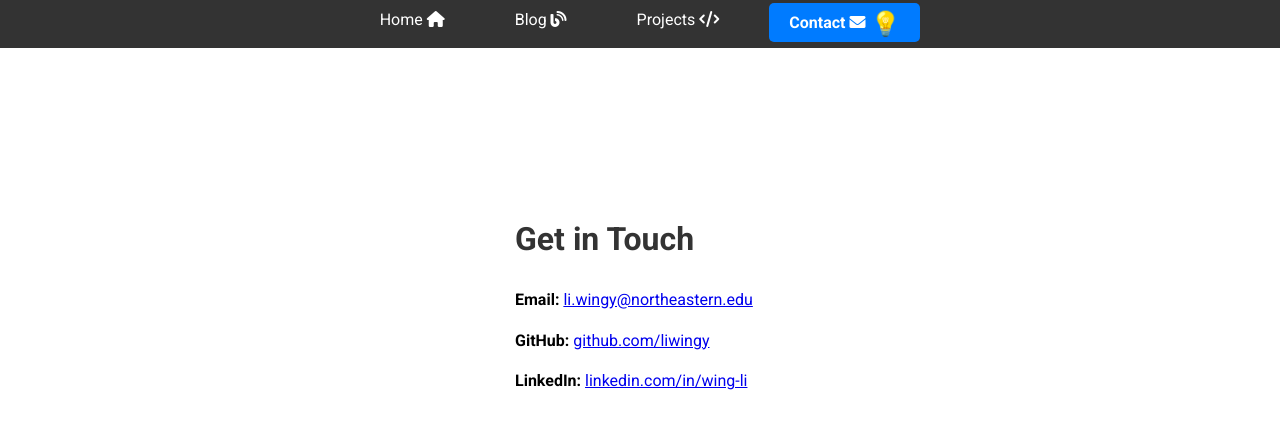
Repository: liwingy/cs5610_fall24_project1
Page: contact.html
These files come from the project's save history. The page is drawn as it stood at one moment and after the next save; the edit follows.
The browser window is 1280 px wide. The pictures show the whole page.

Above is the page before, as saved 2024-10-07 21:55:22.

### contact.html
<!DOCTYPE html>
<html lang="en">
<head>
    <meta charset="UTF-8">
    <meta name="viewport" content="width=device-width, initial-scale=1.0">
    <title>Wing Yee Li | Contact</title>
    <link rel="stylesheet" href="style.css">
    <link rel="icon" href="./sources/favicon.ico" type="image/x-icon">
    <link rel="stylesheet" href="https://cdnjs.cloudflare.com/ajax/libs/font-awesome/6.0.0-beta3/css/all.min.css">
</head>
<body>
    <nav>
        <ul>
            <li><a href="homepage.html">Home <i class="fas fa-home"></i></a></li>
            <li><a href="blog.html">Blog <i class="fas fa-blog"></i></a></li>
            <li><a href="projects.html">Projects <i class="fas fa-code"></i></a></li>
            <li><a href="contact.html" class="active">Contact <i class="fas fa-envelope"></i></a></li>
        </ul>
    </nav>
    <main>
        <section class="contact">
            </section>
                <div class="grid">
                    <div class="about-section">
                        <h2>Get in Touch</h2>
                        <br>
                        <p><span class="highlight">Email:</span> <a href="mailto:li.wingy@northeastern.edu">li.wingy@northeastern.edu</a></p>
                        <p><span class="highlight">GitHub:</span> <a href="https://github.com/liwingy" target="_blank">github.com/liwingy</a></p>
                        <p><span class="highlight">LinkedIn:</span> <a href="https://linkedin.com/in/wing-li" target="_blank">linkedin.com/in/wing-li</a></p>
                    </div>
                </div>
            </section>
        </section>
    </main>
</body>
</html>

### style.css
@import url('https://fonts.googleapis.com/css2?family=Roboto:wght@400;700&display=swap');

* {
    margin: 0;
    padding: 0;
    box-sizing: border-box;
    font-family: 'Roboto', sans-serif;
}

body, html {
    height: 100%;
    margin: 0;
}

body {
    background-color: #fff;  /* Set the background color to white */
    color: #333;
    display: flex;
    flex-direction: column;  /* Stack the content vertically */
    height: 100vh;           /* Ensure the body fills the full viewport height */
}

main {
    display: flex;
    justify-content: center;
    align-items: center;
    flex-direction: column;
    margin-top: 80px;        /* Offset the main content from the top */
    padding-top: 20px;
}

header {
    text-align: center;      /* Center align the header content */
}

.blog, .projects, .contact, .about-me {
    margin-top: 20px;
    padding: 20px;
    width: 100%;
    margin-bottom: 40px;     /* Add space between sections */
    text-align: center;      /* Center the text */
}

.highlight {
    font-weight: bold;
    color: black;            /* Highlight important text */
}

ul {
    list-style-type: disc;
    list-style-position: inside; /* Align bullet points with the text */
    padding-left: 20px;          /* Add padding to ensure bullets are aligned correctly */
}

li {
    margin-left: 0;              /* Remove margin between bullet and text */
}


h1 {
    font-size: 2.5rem;
    margin-top: 60px;            /* Add space between the navbar and heading */
}

h2 {
    font-size: 2rem;
    margin-bottom: 10px;
}

h1, h2, h3 {
    font-weight: 700;            /* Bold the headings */
}

p {
    line-height: 1.6;            /* Improve paragraph readability */
    margin-bottom: 15px;         /* Add space between paragraphs */
}

.grid {
    display: grid;
    grid-template-columns: repeat(auto-fit, minmax(250px, 1fr)); /* Responsive grid layout */
    gap: 20px; /* Space between grid items */
    margin-top: 20px;
}

.blog-item {
    padding: 20px;
    border-radius: 10px;
    box-shadow: 0 4px 8px rgba(0, 0, 0, 0.1);
    background-color: #f9f9f9;
}

.blog-item h3:before {
    content: "💕";               /* Add a heart icon before each blog heading */
    color: #007BFF;
    font-size: 1.5rem;
    margin-right: 5px;
}

.blog img {
    display: block;              /* Make sure the image is on its own line */
    margin-top: 10px;            /* Add space between text and image */
    margin-bottom: 20px;         /* Add space after the image */
    max-width: 300px;            /* Set the maximum width */
    width: 100%;
    height: auto;
    border-radius: 10px;         /* Add rounded corners */
}

/* Blog-specific ul styling */
.blog ul {
    list-style-type: none;       /* Remove bullet points */
    padding-left: 0;             /* Ensure no extra padding is added */
    margin-left: 0;              /* Remove additional margins */
}

/* Blog-specific li styling */
.blog li {
    padding-left: 0;             /* Remove padding between bullet and text */
    margin-left: 0;              /* No margin needed */
}

.project-item {
    padding: 20px;
    border-radius: 10px;
    box-shadow: 0 4px 8px rgba(0, 0, 0, 0.1);
    background-color: #f9f9f9;
}

.project-item h3:before {
    content: "🚀 ";              /* Add a rocket icon before project headings */
    color: #007BFF;
    font-size: 1.5rem;
    margin-right: 5px;
}

.about-me h3:before {
    content: "⭐";            /* Add an icon before each heading */
    font-size: 1.5rem;
    color: #007BFF;
    margin-right: 5px;
}

.contact h2:before {
    content: "✍🏻";            /* Add an icon before each heading */
    font-size: 1.5rem;
    color: #007BFF;
    margin-right: 5px;
}

.centered-video,
.pics {
    max-width: 300px;
    width: 100%;
    height: auto;
    display: block;
    margin: 20px auto;
    border-radius: 10px;
    box-shadow: 0 4px 8px rgba(0, 0, 0, 0.2); /* Add shadow */
    transition: transform 0.3s ease-in-out, box-shadow 0.3s ease-in-out;
}

.centered-video:hover,
.pics:hover {
    transform: scale(1.05);      /* Slightly enlarge on hover */
    box-shadow: 0 6px 12px rgba(0, 0, 0, 0.3); /* Increase shadow on hover */
}

nav {
    width: 100%;                 /* Make the navigation bar span the full width */
    background-color: #333;       /* Set the background color of the navbar */
    position: fixed;              /* Fix the navbar to the top of the screen */
    top: 0;
    left: 0;
    padding: 10px 0;             /* Add vertical padding for spacing */
    z-index: 1;                  /* Ensure the navbar stays above other content */
}

nav ul {
    list-style: none;            /* Remove bullet points from navbar items */
    display: flex;               /* Display the navbar items in a row */
    justify-content: center;     /* Center the navbar items */
    margin: 0;
    padding: 0;
}

nav ul li {
    margin: 0 15px;              /* Add spacing between navbar items */
}

nav ul li a {
    color: #fff;
    text-decoration: none;       /* Remove underline from the links */
    padding: 10px 20px;          /* Add padding to the links */
    transition: background-color 0.3s; /* Smooth transition effect for hover */
}

nav ul li a:hover {
    border-bottom: 2px solid #007BFF;
    font-size: 1.05em;           /* Slightly enlarge the text on hover */
    color: #007BFF;
    transition: all 0.3s ease-in-out;
}

.active {
    background-color: #007BFF;
    font-weight: bold;
    border-radius: 5px;          /* Add rounded corners to the active link */
    padding: 10px 20px;
}

nav ul li a.active::after {
    content: "💡";               /* Add a lightbulb icon after the active link */
    color: #007BFF;
    font-size: 1.5rem;
    margin-left: 5px;
    vertical-align: middle;
}

/* Responsive design */
@media screen and (max-width: 768px) {
    .pics, .centered-video {
        max-width: 90%; /* Make them slightly smaller on narrower screens */
    }

    nav ul {
        flex-direction: column;  /* Stack navbar links vertically on small screens */
        align-items: center;
    }

    nav ul li {
        margin: 10px 0;          /* Space out vertically in mobile view */
    }

    h1 {
        font-size: 1.8rem;
        margin-top: 100px;       /* Adjust spacing for smaller screens */
    }
}

/* Custom scrollbar */
::-webkit-scrollbar {
    width: 8px;
}

::-webkit-scrollbar-track {
    background: #f1f1f1;
}

::-webkit-scrollbar-thumb {
    background-color: #333;      /* Match scrollbar color with the active link color */
    border-radius: 10px;
}

After the next save:
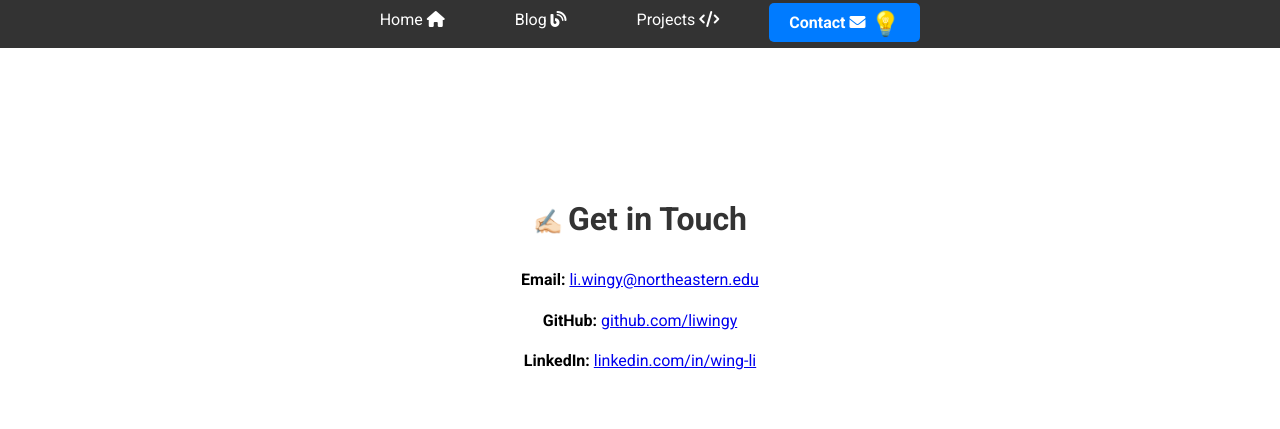
Saved 63 s later.
--- a/contact.html
+++ b/contact.html
@@ -19,9 +19,8 @@
     </nav>
     <main>
         <section class="contact">
-            </section>
                 <div class="grid">
-                    <div class="about-section">
+                    <div class="contact">
                         <h2>Get in Touch</h2>
                         <br>
                         <p><span class="highlight">Email:</span> <a href="mailto:li.wingy@northeastern.edu">li.wingy@northeastern.edu</a></p>
@@ -29,7 +28,6 @@
                         <p><span class="highlight">LinkedIn:</span> <a href="https://linkedin.com/in/wing-li" target="_blank">linkedin.com/in/wing-li</a></p>
                     </div>
                 </div>
-            </section>
         </section>
     </main>
 </body>
